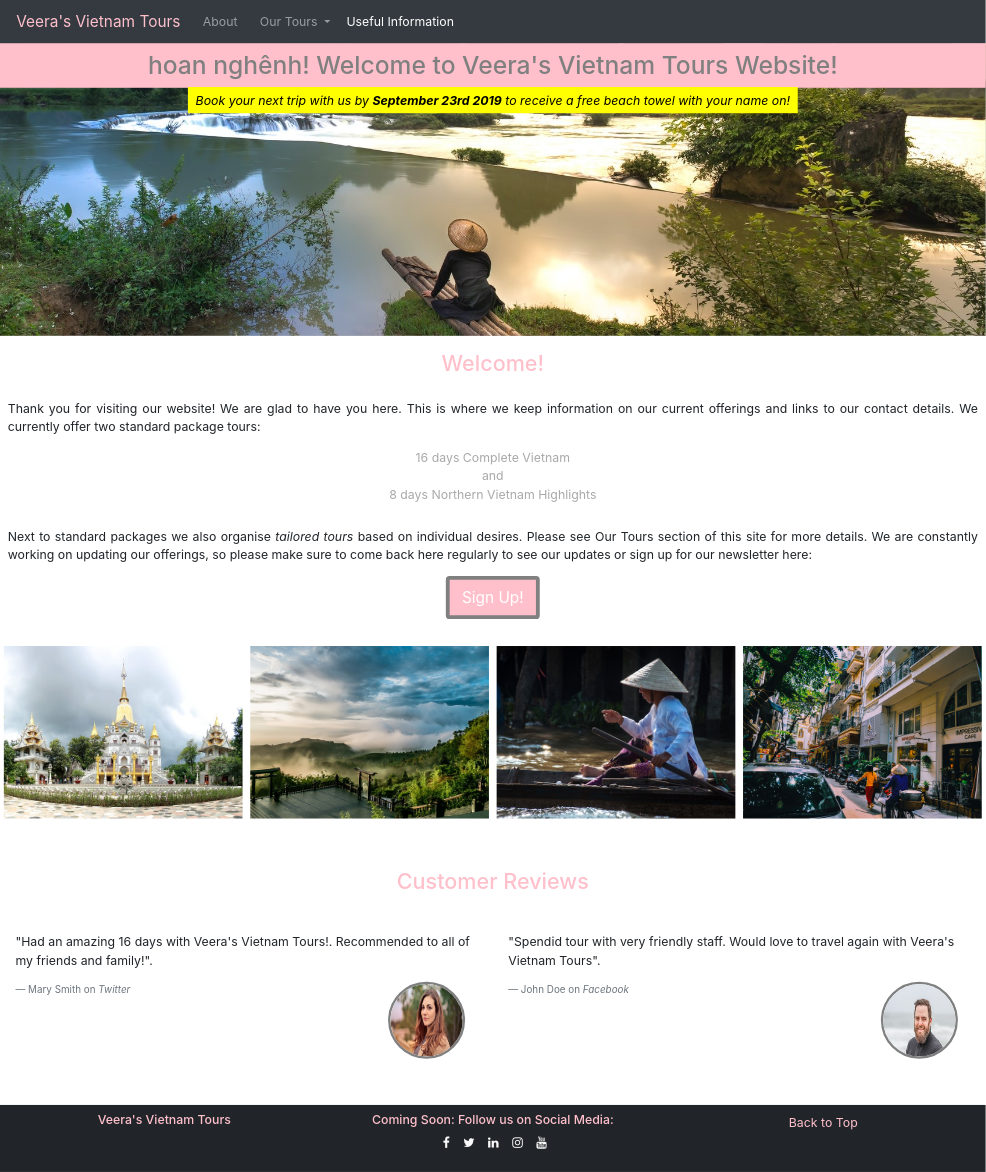
Repository: VAhola/VietnamTour
Page: index.html
The author's editor kept a record of every edit. The page is drawn from the files as they stood at one moment, then again after the next edit.
The browser window is 1280 px wide. The pictures show the whole page, at 77% of full size.

Above is the page before.

After the next edit:
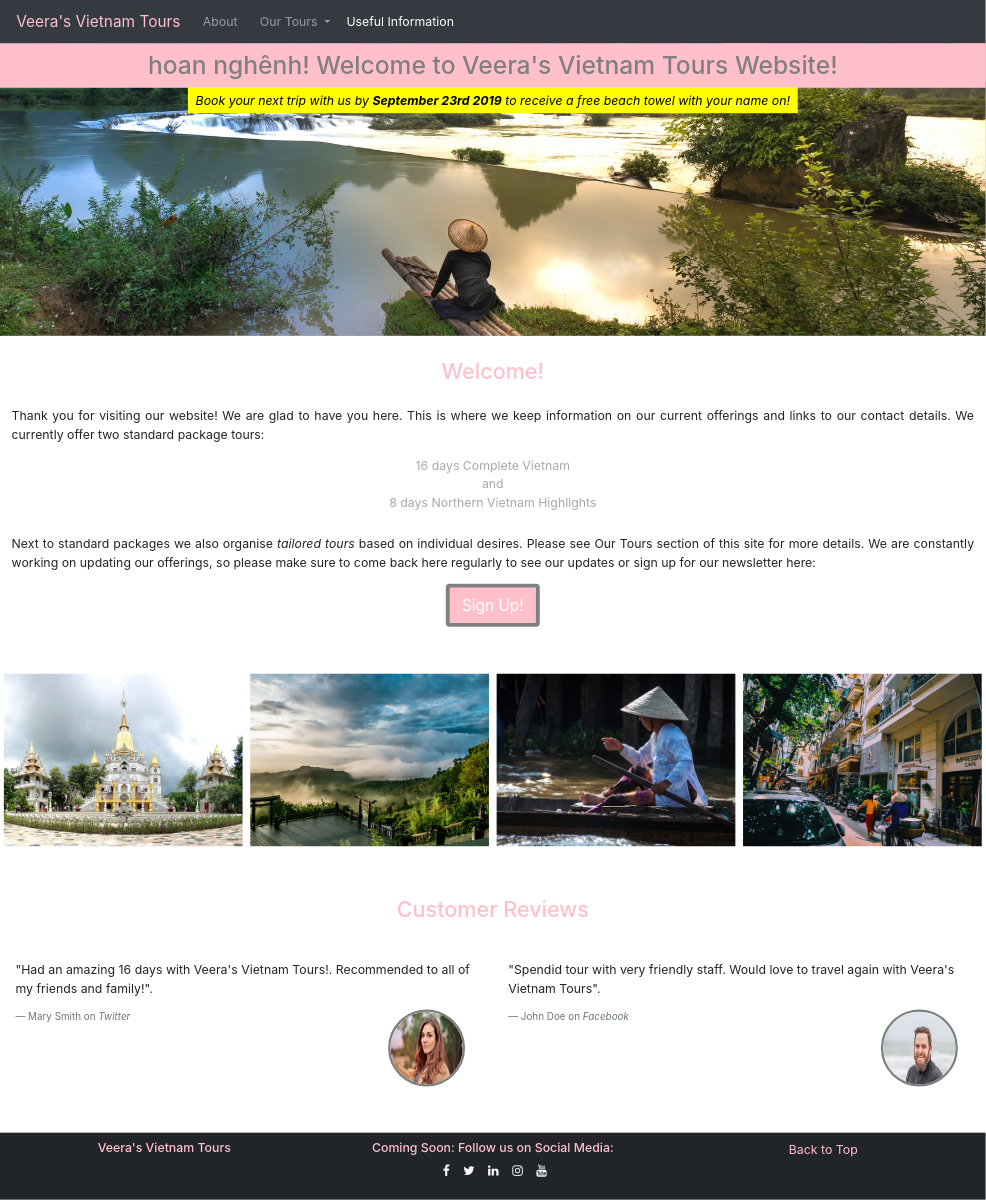
The edit:
--- a/index.html
+++ b/index.html
@@ -55,7 +55,7 @@
 
 
 
-<div>
+<div class="welcome">
       <h3> Welcome!</h3>
 <div class="desth">
 
